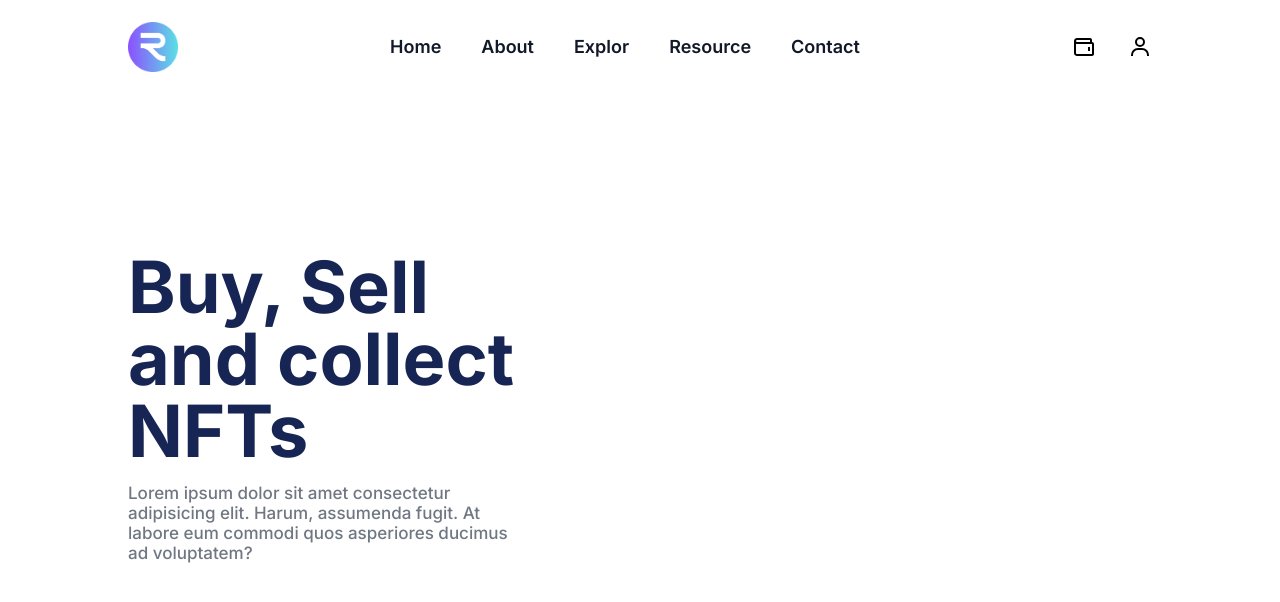
Repository: longblue2910/rimdasilva-ui
Page: /
The author's editor kept a copy of each file at every save. The page is drawn from the files as they stood at one save, then again after a run of saves.
The browser window is 1280 px wide. The pictures show the whole page.
The project was rebuilt for these pictures with package versions that can differ from the ones it lists, and the page was loaded fresh each time. The framework's server and built-in components were replaced by stand-ins that run in the browser. Also part of the build but not shown: next.config.mjs.

Above is the page before, as saved 2024-08-09 17:06:20.

After the next 2 saves:
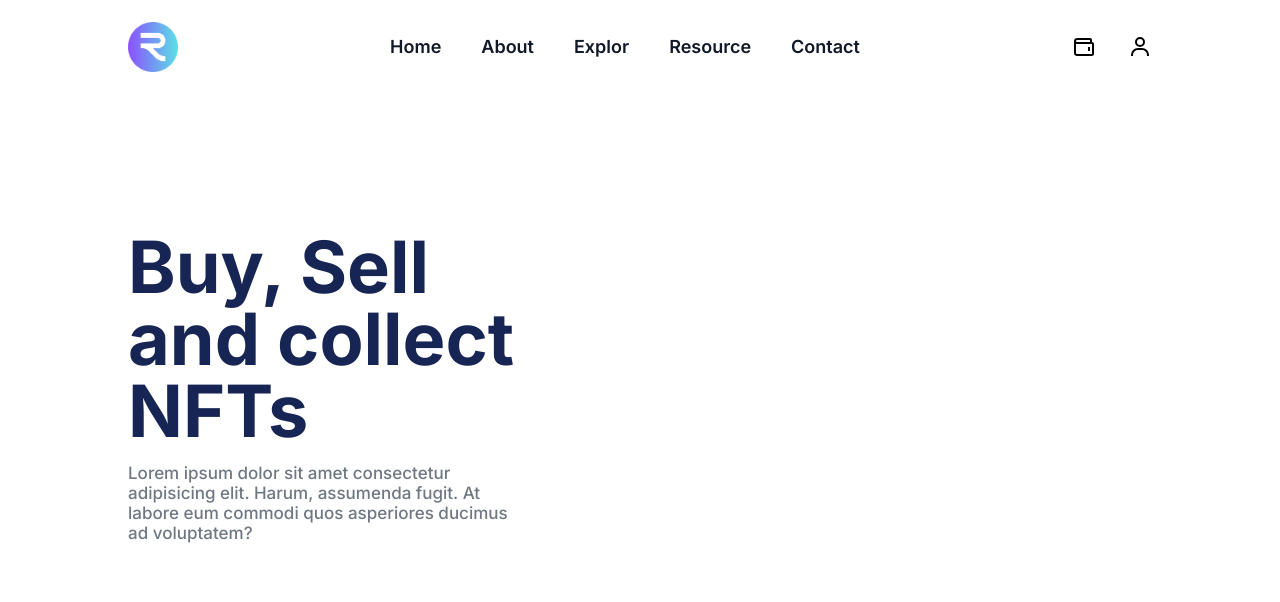
The 2 saves are shown as one change because they came seconds apart.
The last was saved 8 s later.
--- a/components/Home/Hero/Hero.tsx
+++ b/components/Home/Hero/Hero.tsx
@@ -14,7 +14,7 @@ const Hero = () => {
             assumenda fugit. At labore eum commodi quos asperiores ducimus ad
             voluptatem?
           </p>
-          <div className="flex items-center"></div>
+          <div className="flex items-center space-x-2 mt-10"></div>
         </div>
         {/* Image */}
       </div>
